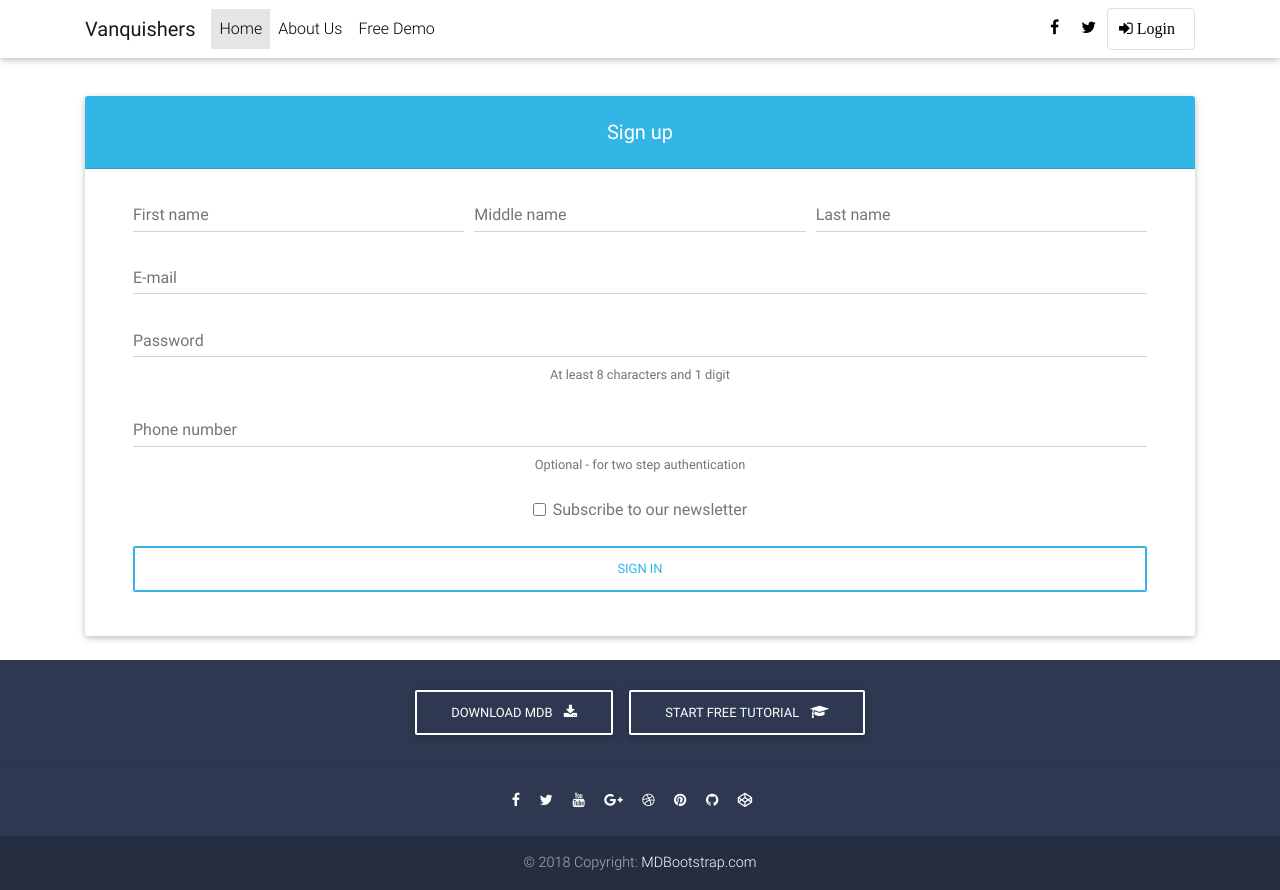
Repository: KJSCEhack/KJSCE_Vanquishers
Page: http://localhost/demo.php
The author's editor kept a copy of each file at every save. The page is drawn from the files as they stood at one save, then again after the next save.
The browser window is 1280 px wide. The pictures show the whole page.
The page is run by PHP 8.4 with error messages shown; the project is at /var/www/html/.

Above is the page before, as saved 2018-10-06 09:05:44.

### demo.php
<?php
$hostname="localhost";
$dbname="kjsce_hackathon";
$Username="root";
$Password="qweasdzxc";

$conn = mysqli_connect($hostname,$Username,$Password,$dbname);

if(!$conn)
{
    die("connection failed:" .mysqli_connect_error());

}
mysqli_close($conn);

?>
<!DOCTYPE html>
<html lang="en">

<head>
    <meta charset="utf-8">
    <meta name="viewport" content="width=device-width, initial-scale=1, shrink-to-fit=no">
    <meta http-equiv="x-ua-compatible" content="ie=edge">
    <title>Material Design Bootstrap</title>
    <!-- Font Awesome -->
    <link rel="stylesheet" href="https://maxcdn.bootstrapcdn.com/font-awesome/4.7.0/css/font-awesome.min.css">
    <!-- Bootstrap core CSS -->
    <link href="css/bootstrap.min.css" rel="stylesheet">
    <!-- Material Design Bootstrap -->
    <link href="css/mdb.min.css" rel="stylesheet">
    <!-- Your custom styles (optional) -->
    <link href="css/style.min.css" rel="stylesheet">
</head>

<body>

    <!--Main Navigation-->
    <header>

        <!-- Navbar -->
        <nav class="navbar fixed-top navbar-expand-lg navbar-light white scrolling-navbar">
            <div class="container">

                <!-- Brand -->
      <a class="navbar-brand" href="https://mdbootstrap.com/material-design-for-bootstrap/" target="_blank">
        <strong>Vanquishers</strong>
      </a>

      <!-- Collapse -->
      <button class="navbar-toggler" type="button" data-toggle="collapse" data-target="#navbarSupportedContent" aria-controls="navbarSupportedContent"
        aria-expanded="false" aria-label="Toggle navigation">
        <span class="navbar-toggler-icon"></span>
      </button>

      <!-- Links -->
      <div class="collapse navbar-collapse" id="navbarSupportedContent">

        <!-- Left -->
        <ul class="navbar-nav mr-auto">
          <li class="nav-item active">
            <a class="nav-link" href="#">Home
              <span class="sr-only">(current)</span>
            </a>
          </li>
          <li class="nav-item">
            <a class="nav-link" href="https://mdbootstrap.com/material-design-for-bootstrap/" target="_blank">About Us</a>
          </li>
          <li class="nav-item">
            <a class="nav-link" href="https://mdbootstrap.com/getting-started/" target="_blank">Free Demo</a>
          </li>
        </ul>

        <!-- Right -->
        <ul class="navbar-nav nav-flex-icons">
          <li class="nav-item">
            <a href="https://www.facebook.com/mdbootstrap" class="nav-link" target="_blank">
              <i class="fa fa-facebook"></i>
            </a>
          </li>
          <li class="nav-item">
            <a href="https://twitter.com/MDBootstrap" class="nav-link" target="_blank">
              <i class="fa fa-twitter"></i>
            </a>
          </li>
          <li class="nav-item">
            <a href="login_page.html" class="nav-link border border-light rounded"
              target="_blank">
              <i class="fa fa-sign-in mr-2">           Login</i>
            </a>
          </li>
        </ul>

      </div>

            </div>
        </nav>
        <!-- Navbar -->

    </header>
    <!--Main Navigation-->

    <!--Main layout-->
    <main class="mt-5 pt-5">
        <div class="container">
            <!-- Material form register -->
            <div class="card">

            <h5 class="card-header info-color white-text text-center py-4">
                <strong>Sign up</strong>
            </h5>

            <!--Card content-->
            <div class="card-body px-lg-5 pt-0">

                <!-- Form -->
                <form class="text-center" style="color: #757575;">

                    <div class="form-row">
                        <div class="col">
                            <!-- First name -->
                            <div class="md-form">
                                <input type="text" id="materialRegisterFormFirstName" class="form-control">
                                <label for="materialRegisterFormFirstName">First name</label>
                            </div>
                        </div>
                        <div class="col">
                            <!-- Last name -->
                            <div class="md-form">
                                <input type="email" id="materialRegisterFormMiddleName" class="form-control">
                                <label for="materialRegisterFormMiddleName">Middle name</label>
                            </div>
                        </div>
                        <div class="col">
                            <!-- Last name -->
                            <div class="md-form">
                                <input type="email" id="materialRegisterFormLastName" class="form-control">
                                <label for="materialRegisterFormLastName">Last name</label>
                            </div>
                        </div>
                    </div>

                    <!-- E-mail -->
                    <div class="md-form mt-0">
                        <input type="email" id="materialRegisterFormEmail" class="form-control">
                        <label for="materialRegisterFormEmail">E-mail</label>
                    </div>

                    <!-- Password -->
                    <div class="md-form">
                        <input type="password" id="materialRegisterFormPassword" class="form-control" aria-describedby="materialRegisterFormPasswordHelpBlock">
                        <label for="materialRegisterFormPassword">Password</label>
                        <small id="materialRegisterFormPasswordHelpBlock" class="form-text text-muted mb-4">
                            At least 8 characters and 1 digit
                        </small>
                    </div>

                    <!-- Phone number -->
                    <div class="md-form">
                        <input type="password" id="materialRegisterFormPhone" class="form-control" aria-describedby="materialRegisterFormPhoneHelpBlock">
                        <label for="materialRegisterFormPhone">Phone number</label>
                        <small id="materialRegisterFormPhoneHelpBlock" class="form-text text-muted mb-4">
                            Optional - for two step authentication
                        </small>
                    </div>

                    <!-- Newsletter -->
                    <div class="form-check">
                        <input type="checkbox" class="form-check-input" id="materialRegisterFormNewsletter">
                        <label class="form-check-label" for="materialRegisterFormNewsletter">Subscribe to our newsletter</label>
                    </div>

                    <!-- Sign up button -->
                    <button class="btn btn-outline-info btn-rounded btn-block my-4 waves-effect z-depth-0" type="submit">Sign in</button>

                </form>
                <!-- Form -->

            </div>

            </div>
            <!-- Material form register -->
        </div>
    </main>
    <!--Footer-->
    <footer class="page-footer text-center font-small mdb-color darken-2 mt-4 wow fadeIn">

        <!--Call to action-->
        <div class="pt-4">
            <a class="btn btn-outline-white" href="https://mdbootstrap.com/getting-started/" target="_blank" role="button">Download MDB
                <i class="fa fa-download ml-2"></i>
            </a>
            <a class="btn btn-outline-white" href="https://mdbootstrap.com/bootstrap-tutorial/" target="_blank" role="button">Start free tutorial
                <i class="fa fa-graduation-cap ml-2"></i>
            </a>
        </div>
        <!--/.Call to action-->

        <hr class="my-4">

        <!-- Social icons -->
        <div class="pb-4">
            <a href="https://www.facebook.com/mdbootstrap" target="_blank">
                <i class="fa fa-facebook mr-3"></i>
            </a>

            <a href="https://twitter.com/MDBootstrap" target="_blank">
                <i class="fa fa-twitter mr-3"></i>
            </a>

            <a href="https://www.youtube.com/watch?v=7MUISDJ5ZZ4" target="_blank">
                <i class="fa fa-youtube mr-3"></i>
            </a>

            <a href="https://plus.google.com/u/0/b/107863090883699620484" target="_blank">
                <i class="fa fa-google-plus mr-3"></i>
            </a>

            <a href="https://dribbble.com/mdbootstrap" target="_blank">
                <i class="fa fa-dribbble mr-3"></i>
            </a>

            <a href="https://pinterest.com/mdbootstrap" target="_blank">
                <i class="fa fa-pinterest mr-3"></i>
            </a>

            <a href="https://github.com/mdbootstrap/bootstrap-material-design" target="_blank">
                <i class="fa fa-github mr-3"></i>
            </a>

            <a href="http://codepen.io/mdbootstrap/" target="_blank">
                <i class="fa fa-codepen mr-3"></i>
            </a>
        </div>
        <!-- Social icons -->

        <!--Copyright-->
        <div class="footer-copyright py-3">
            © 2018 Copyright:
            <a href="https://mdbootstrap.com/bootstrap-tutorial/" target="_blank"> MDBootstrap.com </a>
        </div>
        <!--/.Copyright-->

    </footer>
    <!--/.Footer-->

    <!-- SCRIPTS -->
    <!-- JQuery -->
    <script type="text/javascript" src="js/jquery-3.3.1.min.js"></script>
    <!-- Bootstrap tooltips -->
    <script type="text/javascript" src="js/popper.min.js"></script>
    <!-- Bootstrap core JavaScript -->
    <script type="text/javascript" src="js/bootstrap.min.js"></script>
    <!-- MDB core JavaScript -->
    <script type="text/javascript" src="js/mdb.min.js"></script>
    <!-- Initializations -->
    <script type="text/javascript">
        // Animations initialization
        new WOW().init();
    </script>
</body>

</html>

Loaded but not shown: css/bootstrap.min.css (library); css/mdb.min.css (library); css/style.min.css (common file); js/jquery-3.3.1.min.js (library); js/popper.min.js (library); js/bootstrap.min.js (library); js/mdb.min.js (library)

After the next save:
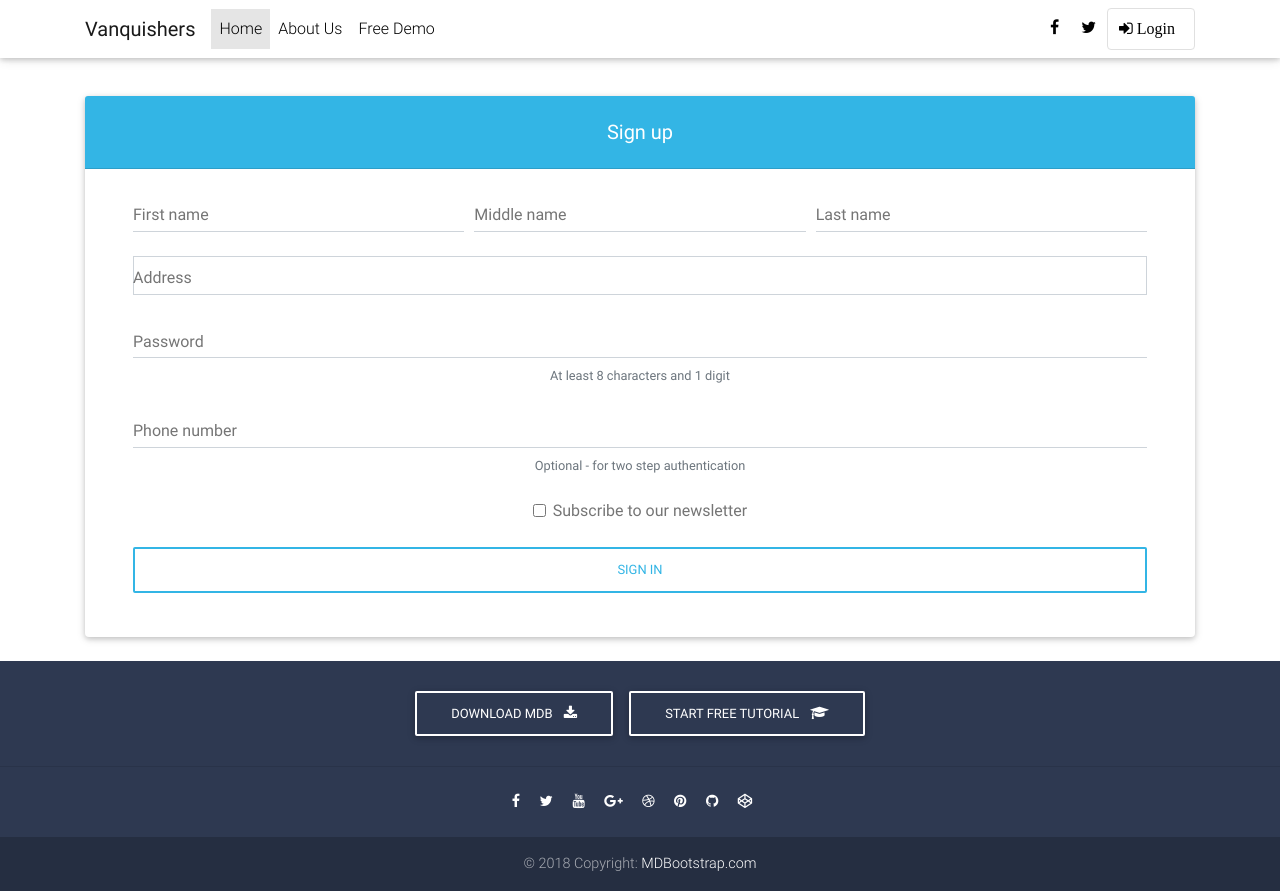
Saved 39 s later.
--- a/demo.php
+++ b/demo.php
@@ -139,10 +139,10 @@
                         </div>
                     </div>
 
-                    <!-- E-mail -->
+                    <!-- Address -->
                     <div class="md-form mt-0">
-                        <input type="email" id="materialRegisterFormEmail" class="form-control">
-                        <label for="materialRegisterFormEmail">E-mail</label>
+                        <input type="address" id="materialRegisterFormAddress" class="form-control">
+                        <label for="materialRegisterFormAddress">Address</label>
                     </div>
 
                     <!-- Password -->

After the 2 saves that followed:
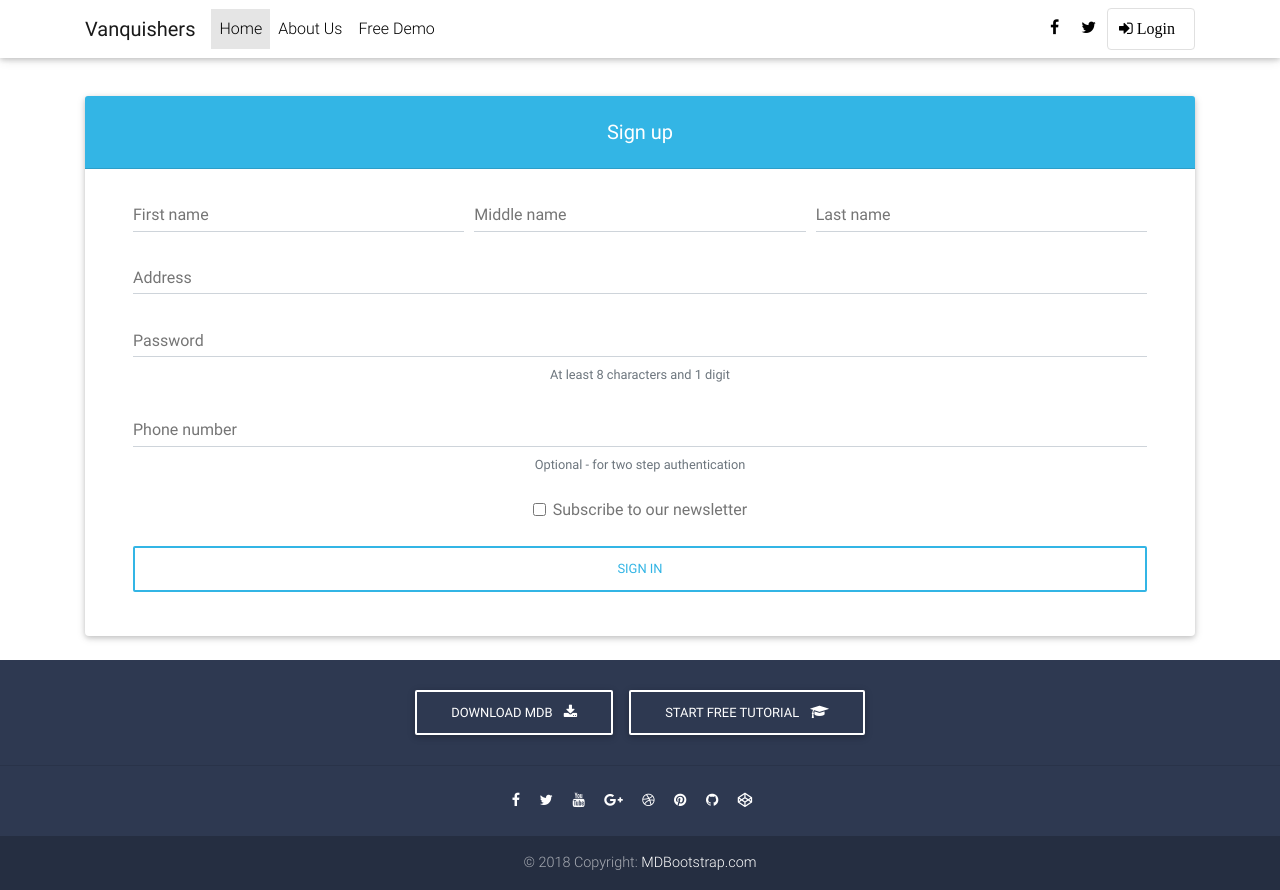
The 2 saves are shown as one change because 1 left the picture as it was.
The last was saved 73 s later.
--- a/demo.php
+++ b/demo.php
@@ -126,14 +126,14 @@
                         <div class="col">
                             <!-- Last name -->
                             <div class="md-form">
-                                <input type="email" id="materialRegisterFormMiddleName" class="form-control">
+                                <input type="text" id="materialRegisterFormMiddleName" class="form-control">
                                 <label for="materialRegisterFormMiddleName">Middle name</label>
                             </div>
                         </div>
                         <div class="col">
                             <!-- Last name -->
                             <div class="md-form">
-                                <input type="email" id="materialRegisterFormLastName" class="form-control">
+                                <input type="text" id="materialRegisterFormLastName" class="form-control">
                                 <label for="materialRegisterFormLastName">Last name</label>
                             </div>
                         </div>
@@ -141,7 +141,7 @@
 
                     <!-- Address -->
                     <div class="md-form mt-0">
-                        <input type="address" id="materialRegisterFormAddress" class="form-control">
+                        <input type="text" id="materialRegisterFormAddress" class="form-control">
                         <label for="materialRegisterFormAddress">Address</label>
                     </div>
 
